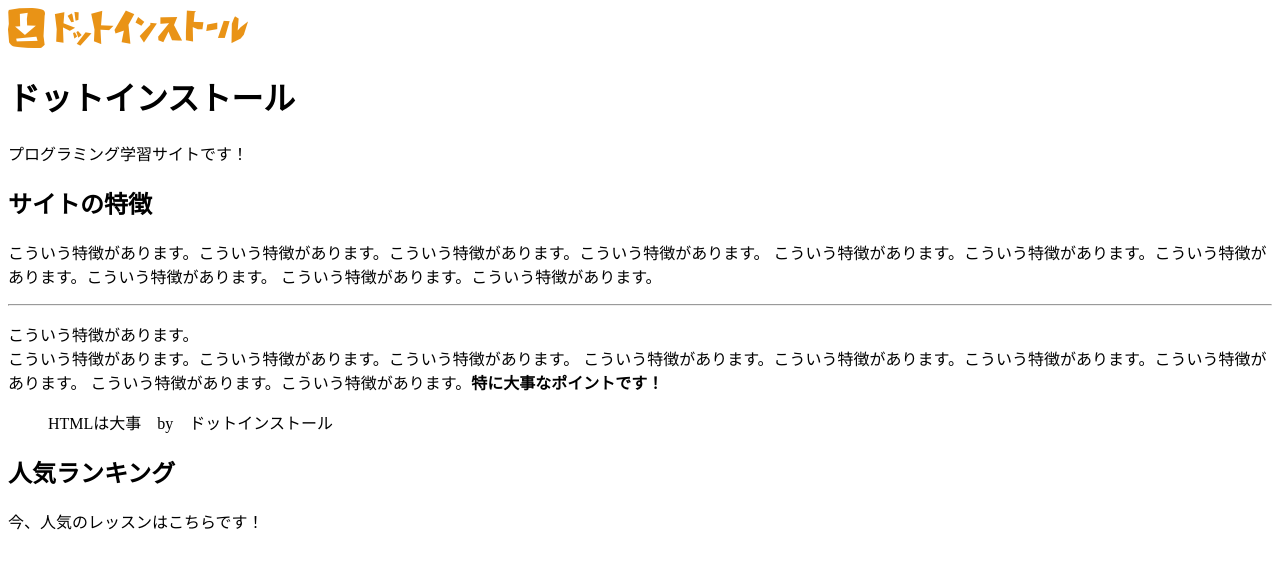
Repository: kojimayu/dotinstall-html
Page: index.html
The author's editor kept a copy of each file at every save. The page is drawn from the files as they stood at one save, then again after the next save.
The browser window is 1280 px wide. The pictures show the whole page.

Above is the page before, as saved 2019-04-04 14:51:55.

After the next save:
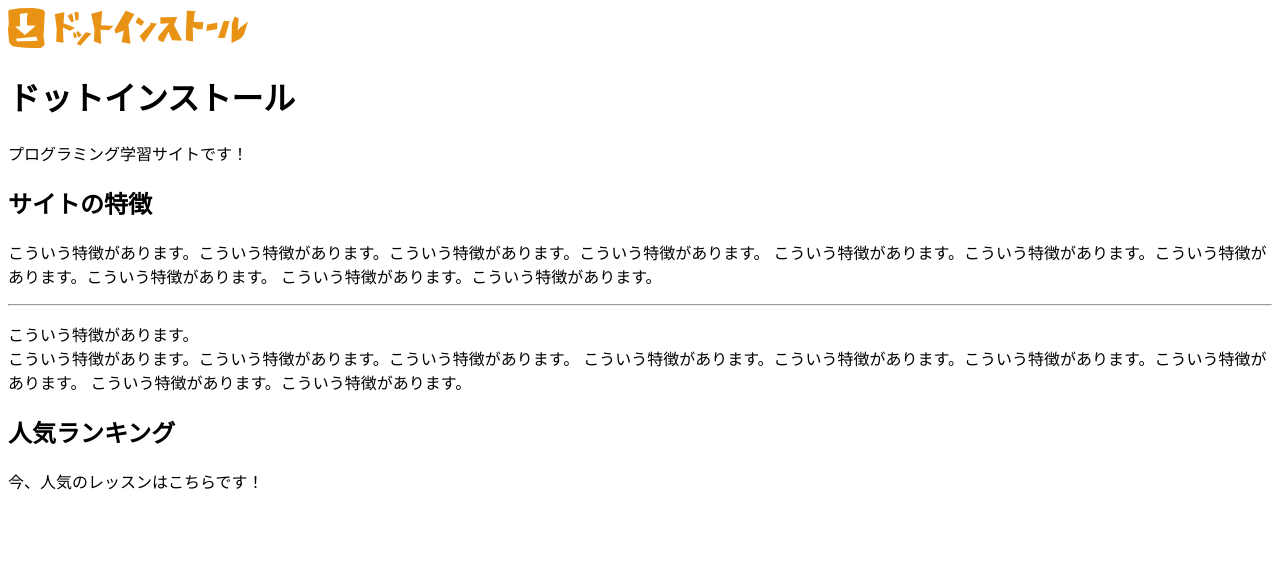
Saved 6 min 30 s later.
--- a/index.html
+++ b/index.html
@@ -21,11 +21,9 @@
     <hr>
     <p>こういう特徴があります。<br>こういう特徴があります。こういう特徴があります。こういう特徴があります。
         こういう特徴があります。こういう特徴があります。こういう特徴があります。こういう特徴があります。
-        こういう特徴があります。こういう特徴があります。<strong>特に大事なポイントです！</strong>
+        こういう特徴があります。こういう特徴があります。
     </p>
-    <blockquote>
-        <p>HTMLは大事　by　ドットインストール</p>
-    </blockquote>
+
     <h2>人気ランキング</h2>
     <p>今、人気のレッスンはこちらです！</p>
 </body>
